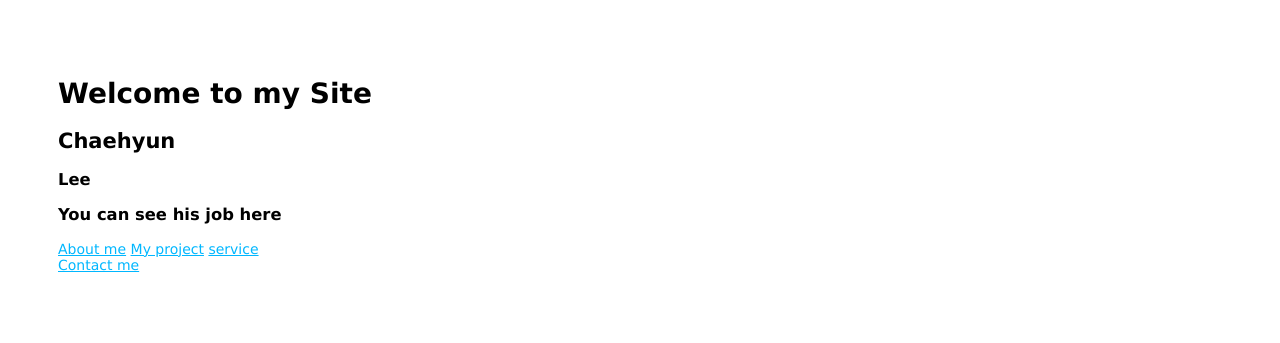
Repository: AndyLeeJP/COMP229Assignment2
Page: http://localhost/
The author's editor kept a copy of each file at every save. The page is drawn from the files as they stood at one save, then again after the next save.
The browser window is 1280 px wide. The pictures show the whole page.
The page is served by the project's Node server (server.js).

Above is the page before, as saved 2021-06-03 08:48:19.

### views/index.ejs
<!DOCTYPE html>
<html>
  <head>
    <title><%= title %></title>
    <link rel='stylesheet' href='/stylesheets/style.css' />
  </head>
  <body>
    <header>
      <%- include("components/header.ejs"); %>
    </header>

    <main>
      <%- include("content/" + page + ".ejs"); %>
    </main>

    <footer>
      <%- include("components/footer.ejs"); %>
    </footer>
  </body>
</html>

### views/components/header.ejs
<h1>Welcome to my Site</h1>

### views/content/home.ejs

<h2>Chaehyun</h2>
<h3>Lee</h3>

<h3>You can see his job here</h3>
<a href="about.ejs">About me</a>
<a href="project.ejs">My project</a>
<a href="service.ejs">service</a>

### views/components/footer.ejs
<a href="contactme.ejs">Contact me</a>

### server.js
/**
 * Module dependencies.
 */

var app = require('./app');
var debug = require('debug')('comp229assignment1:server');
var http = require('http');

/**
 * Get port from environment and store in Express.
 */

var port = normalizePort(process.env.PORT || '3000');
app.set('port', port);

/**
 * Create HTTP server.
 */

var server = http.createServer(app);

/**
 * Listen on provided port, on all network interfaces.
 */

server.listen(port);
server.on('error', onError);
server.on('listening', onListening);

/**
 * Normalize a port into a number, string, or false.
 */

function normalizePort(val) {
  var port = parseInt(val, 10);

  if (isNaN(port)) {
    // named pipe
    return val;
  }

  if (port >= 0) {
    // port number
    return port;
  }

  return false;
}

/**
 * Event listener for HTTP server "error" event.
 */

function onError(error) {
  if (error.syscall !== 'listen') {
    throw error;
  }

  var bind = typeof port === 'string'
    ? 'Pipe ' + port
    : 'Port ' + port;

  // handle specific listen errors with friendly messages
  switch (error.code) {
    case 'EACCES':
      console.error(bind + ' requires elevated privileges');
      process.exit(1);
      break;
    case 'EADDRINUSE':
      console.error(bind + ' is already in use');
      process.exit(1);
      break;
    default:
      throw error;
  }
}

/**
 * Event listener for HTTP server "listening" event.
 */

function onListening() {
  var addr = server.address();
  var bind = typeof addr === 'string'
    ? 'pipe ' + addr
    : 'port ' + addr.port;
  debug('Listening on ' + bind);
}

### routes/index.js
var express = require('express');
var router = express.Router();

/* GET home page. */
router.get('/', function(req, res, next) {
  res.render('index', { title: 'Express', page: 'home' });
});

router.get('/about', function(req, res, next) {
  res.render('index', { title: 'About Me', page: 'about' });
});

router.get('/contactme', function(req, res, next) {
  res.render('index', { title: 'Contact me', page: 'contactme' });
});

router.get('/project', function(req, res, next) {
  res.render('index', { title: 'My project', page: 'project' });
});

router.get('/service', function(req, res, next) {
  res.render('index', { title: 'service', page: 'service' });
});

module.exports = router;

### app.js
var createError = require('http-errors');
var express = require('express');
var path = require('path');
var cookieParser = require('cookie-parser');
var logger = require('morgan');

var indexRouter = require('./routes/index');

var app = express();

// view engine setup
app.set('views', path.join(__dirname, 'views'));
app.set('view engine', 'ejs');

app.use(logger('dev'));
app.use(express.json());
app.use(express.urlencoded({ extended: false }));
app.use(cookieParser());
app.use(express.static(path.join(__dirname, 'public')));

app.use('/', indexRouter);

// catch 404 and forward to error handler
app.use(function(req, res, next) {
  next(createError(404));
});

// error handler
app.use(function(err, req, res, next) {
  // set locals, only providing error in development
  res.locals.message = err.message;
  res.locals.error = req.app.get('env') === 'development' ? err : {};

  // render the error page
  res.status(err.status || 500);
  res.render('error');
});

module.exports = app;

Loaded but not shown: public/stylesheets/style.css (common file)

After the next save:
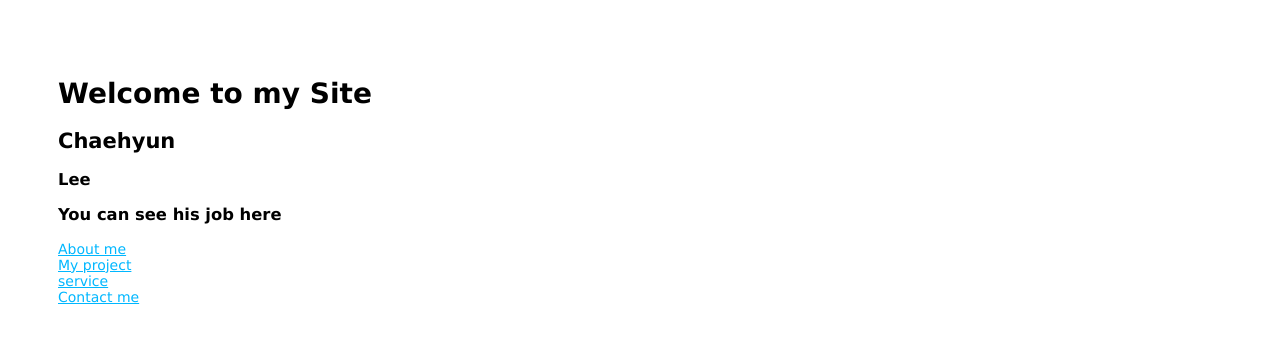
Saved 33 s later.
--- a/views/content/home.ejs
+++ b/views/content/home.ejs
@@ -3,6 +3,6 @@
 <h3>Lee</h3>
 
 <h3>You can see his job here</h3>
-<a href="about.ejs">About me</a>
-<a href="project.ejs">My project</a>
+<a href="about.ejs">About me</a><br>
+<a href="project.ejs">My project</a><br>
 <a href="service.ejs">service</a>
